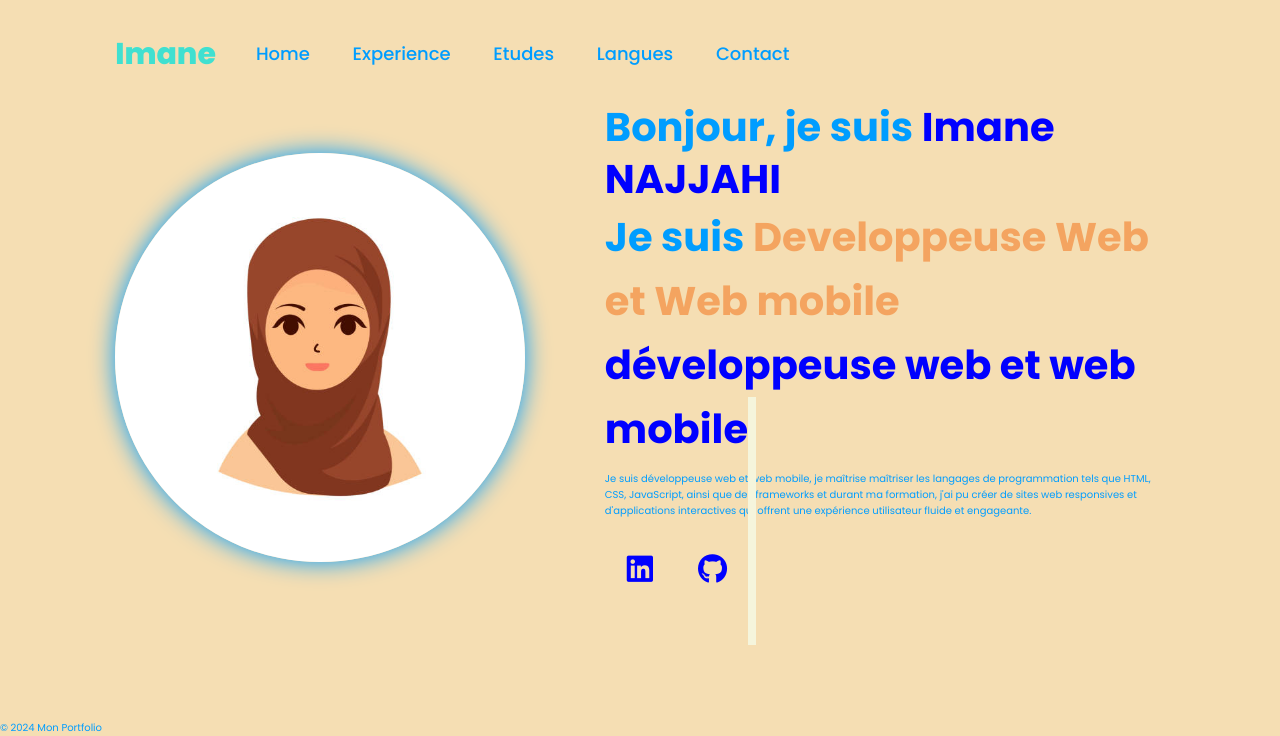
Repository: Najjahi/10mentions_web_back
Page: 02_PHP/portefolio/apropos.html
An editor plug-in stored every save of this project. The page is shown before and after the next save, followed by the edit.
The browser window is 1280 px wide. The pictures show the whole page.
Some web fonts or font styles are not loaded; a fallback is used. Some web libraries are served in a nearby version.

Above is the page before, as saved 2024-12-03 10:40:52.

After the next save:
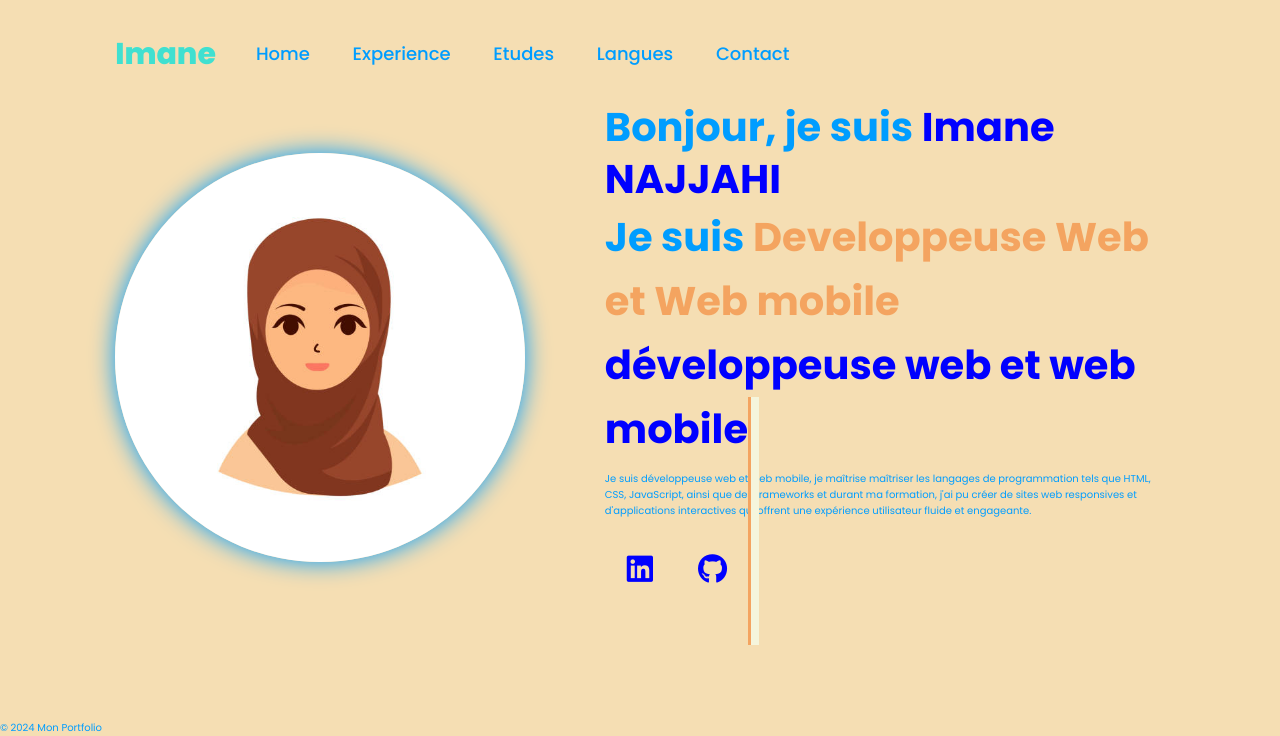
Saved 4 s later.
--- a/02_PHP/portefolio/css/style.css
+++ b/02_PHP/portefolio/css/style.css
@@ -216,7 +216,7 @@ nav a:active{
         position: absolute;
         width: calc(100% + 8px);
         height: 100%;
-        border-left: 3px ;
+        border-left: 3px solid ;
         color: sandybrown;
         animation: words 20s infinite;
     }
